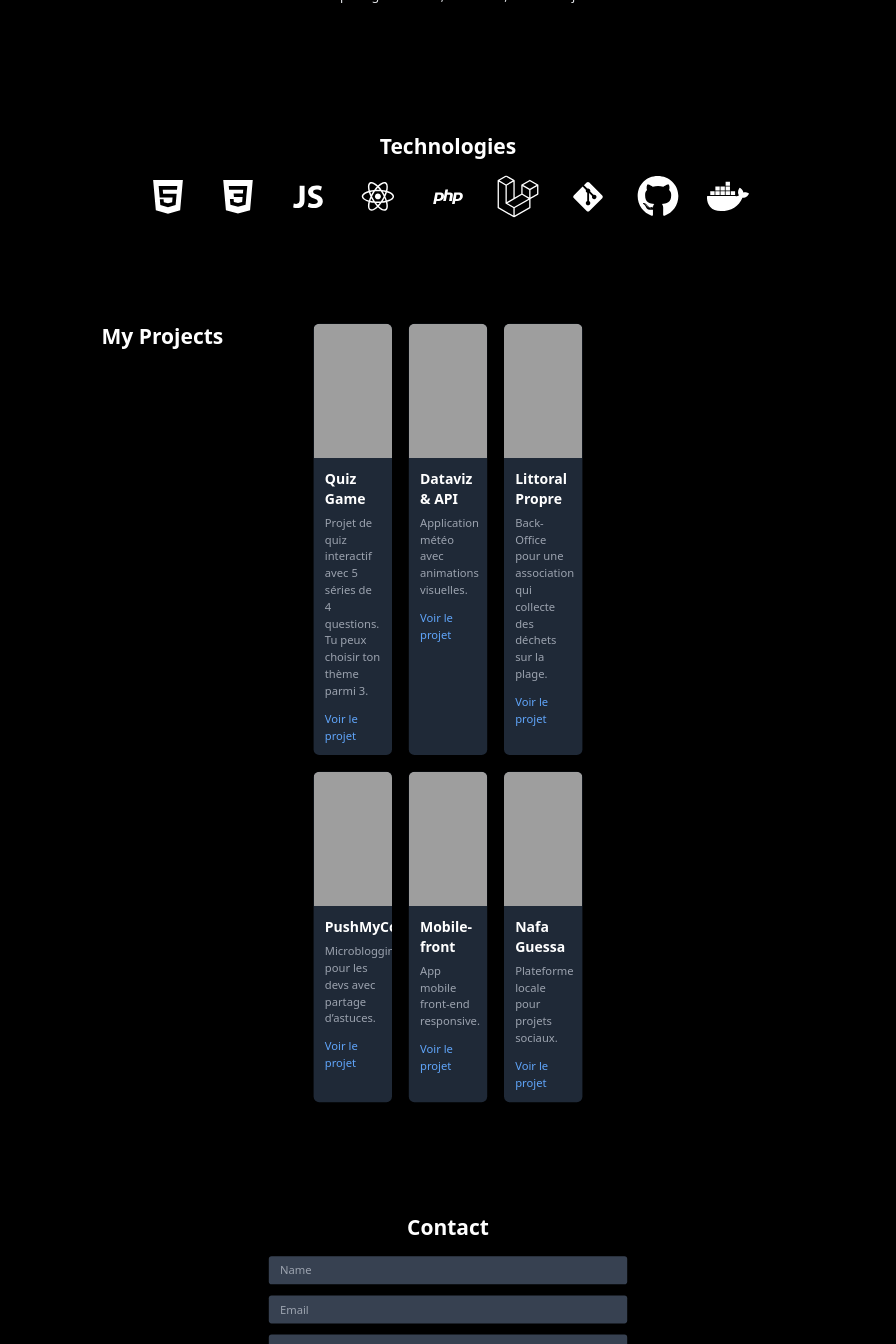
Repository: mariamdaff/Projets_Perso
Page: / (app in mon_portfolio/)
These files come from the project's save history. The page is drawn as it stood at one moment and after the next save; the edit follows.
The browser window is 1280 px wide. The pictures show the part of the page from y = 342 to 2262 px (the page is 2575 px tall before and 2743 px after), at 70% of full size.
Pictures or frames that could not be fetched are drawn as grey boxes. The project was rebuilt for these pictures with package versions that can differ from the ones it lists, and the page was loaded fresh each time. Also part of the build but not shown: mon_portfolio/vite.config.js.

Above is the page before, as saved 2025-04-22 13:33:45.

After the next save:
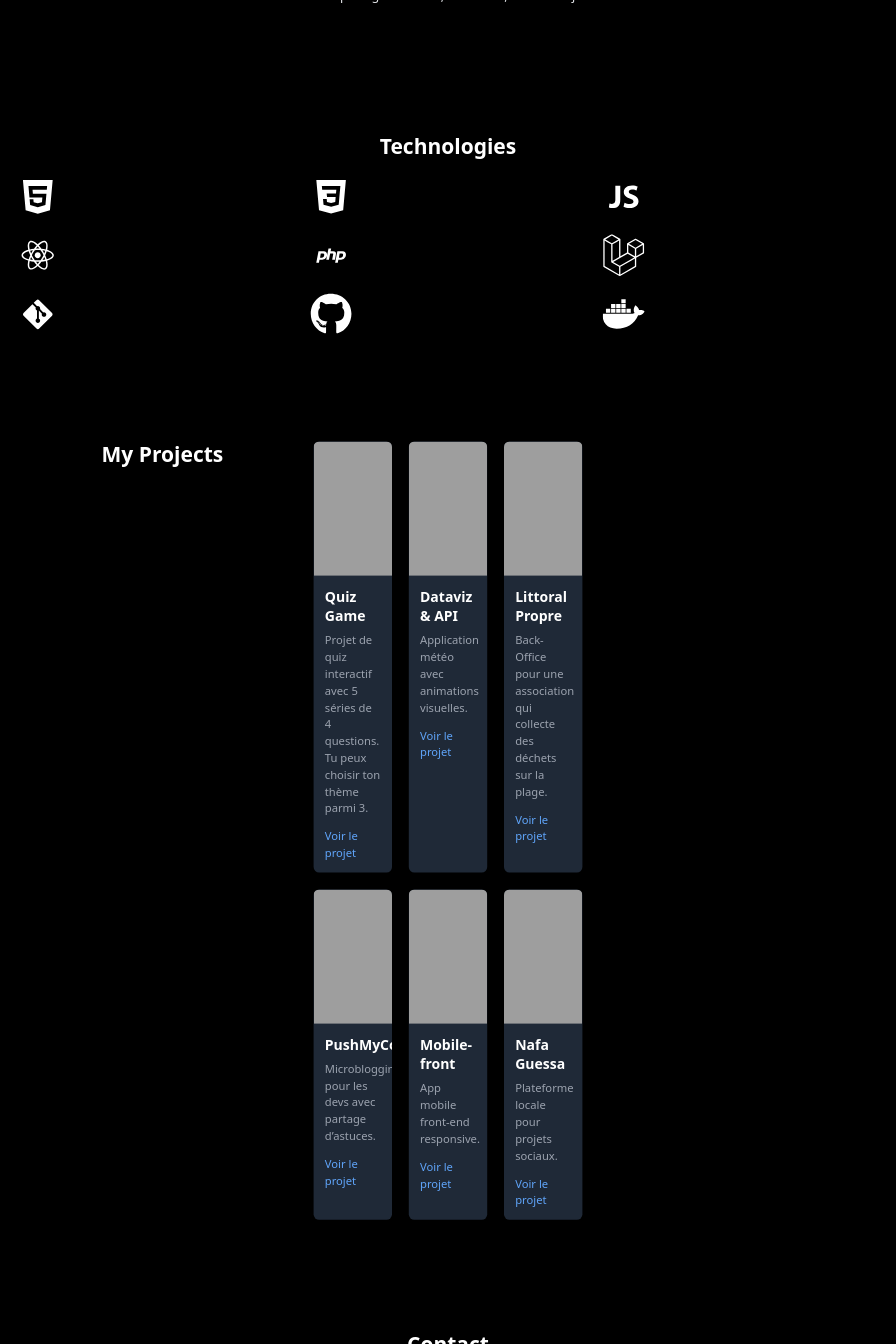
Saved 15 s later.
--- a/mon_portfolio/src/components/skills/Skills.jsx
+++ b/mon_portfolio/src/components/skills/Skills.jsx
@@ -7,7 +7,7 @@
   return (
     <section className="py-10 bg-black text-white text-center">
       <h2 className="text-3xl font-bold mb-6">Technologies</h2>
-      <div className="flex justify-center flex-wrap gap-10 text-6xl">
+      <div className="flex justify-center flex-wrap gap-10 text-6xl grid grid-cols-1 sm:grid-cols-2 lg:grid-cols-3 gap-6">
         <DiHtml5 title="HTML5" className="hover:text-orange-500 transition" />
         <DiCss3 title="CSS3" className="hover:text-blue-500 transition" />
         <DiJavascript1 title="JavaScript" className="hover:text-yellow-400 transition" />
